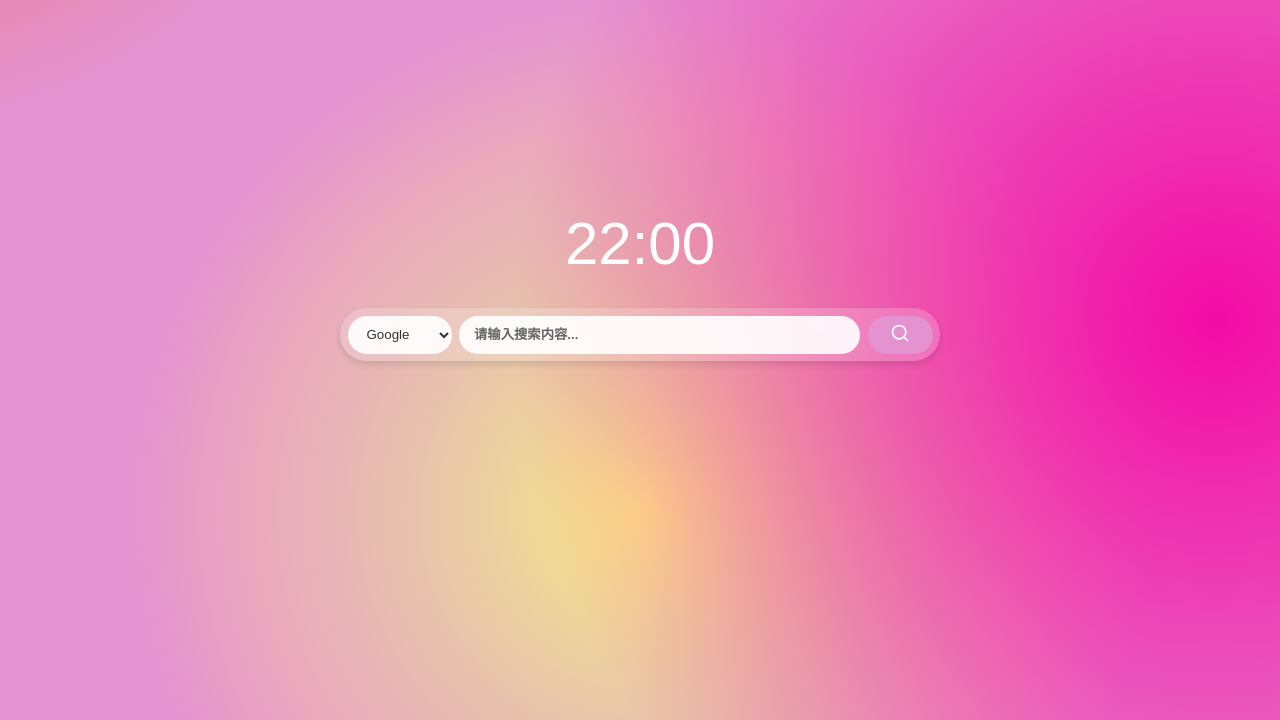
Repository: RADEKWRLD/NaviR
Page: index.html
An editor plug-in stored every save of this project. The page is shown before and after the next save, followed by the edit.
The browser window is 1280 px wide. The pictures show the whole page.

Above is the page before, as saved 2025-05-23 22:21:34.

### index.html
<!DOCTYPE html>
<html lang="en">
<head>
    <meta charset="UTF-8">
    <meta name="viewport" content="width=device-width, initial-scale=1.0">
    <title>Document</title>
    <link rel="stylesheet" href="style.css">
</head>
<body>
    <div id="main">
        <div id="clock"><span>00:00</span></div>

        <div class="search-container">
            <form id="search-form">
                <select id="search-engine" class="search-engine">
                </select>
                <input type="text" id="search-input" placeholder="请输入搜索内容...">
                <button type="submit" class="search-icon">
                    <svg xmlns="http://www.w3.org/2000/svg" width="20" height="20" viewBox="0 0 24 24" fill="none" stroke="currentColor" stroke-width="2" stroke-linecap="round" stroke-linejoin="round">
                        <circle cx="11" cy="11" r="8"></circle>
                        <line x1="21" y1="21" x2="16.65" y2="16.65"></line>
                    </svg>
                </button>
            </form>
        </div>
    </div>




    <script src="main/script.js"></script>
</body>
</html>

### style.css
:root {
    font-size: 15px;
}

body {
    font-family: 'Quicksand', sans-serif;
    margin: 0;
    min-height: 100vh;
    background-color: #e493d0;
    background-image:
        radial-gradient(closest-side, rgba(235, 105, 78, 1), rgba(235, 105, 78, 0)),
        radial-gradient(closest-side, rgba(243, 11, 164, 1), rgba(243, 11, 164, 0)),
        radial-gradient(closest-side, rgba(254, 234, 131, 1), rgba(254, 234, 131, 0)),
        radial-gradient(closest-side, rgba(170, 142, 245, 1), rgba(170, 142, 245, 0)),
        radial-gradient(closest-side, rgba(248, 192, 147, 1), rgba(248, 192, 147, 0));
    background-size:
        130vmax 130vmax,
        80vmax 80vmax,
        90vmax 90vmax,
        110vmax 110vmax,
        90vmax 90vmax;
    background-position:
        -80vmax -80vmax,
        60vmax -30vmax,
        10vmax 10vmax,
        -30vmax -10vmax,
        50vmax 50vmax;
    background-repeat: no-repeat;
    animation: 10s movement linear infinite;
}

@keyframes movement {
    0%, 100% {
        background-size:
            130vmax 130vmax,
            80vmax 80vmax,
            90vmax 90vmax,
            110vmax 110vmax,
            90vmax 90vmax;
        background-position:
            -80vmax -80vmax,
            60vmax -30vmax,
            10vmax 10vmax,
            -30vmax -10vmax,
            50vmax 50vmax;
    }
    25% {
        background-size:
            100vmax 100vmax,
            90vmax 90vmax,
            100vmax 100vmax,
            90vmax 90vmax,
            60vmax 60vmax;
        background-position:
            -60vmax -90vmax,
            50vmax -40vmax,
            0vmax -20vmax,
            -40vmax -20vmax,
            40vmax 60vmax;
    }
    50% {
        background-size:
            80vmax 80vmax,
            110vmax 110vmax,
            80vmax 80vmax,
            60vmax 60vmax,
            80vmax 80vmax;
        background-position:
            -50vmax -70vmax,
            40vmax -30vmax,
            10vmax 0vmax,
            20vmax 10vmax,
            30vmax 70vmax;
    }
    75% {
        background-size:
            90vmax 90vmax,
            90vmax 90vmax,
            100vmax 100vmax,
            90vmax 90vmax,
            70vmax 70vmax;
        background-position:
            -50vmax -40vmax,
            50vmax -30vmax,
            20vmax 0vmax,
            -10vmax 10vmax,
            40vmax 60vmax;
    }
}

#main{
    transition: all 0.3s ease;
    transform: translateY(-5rem);
    display: flex;
    flex-direction: column;
    align-items: center;
    justify-content: center;
    height: 100vh;
}

#clock{
    font-size: 4rem;
    color: #fff;
}

.search-container {
    margin-top: 2rem;
    width: 100%;
    max-width: 600px;
    padding: 0 1rem;
}

#search-form {
    display: flex;
    gap: 0.5rem;
    background: rgba(255, 255, 255, 0.2);
    padding: 0.5rem;
    border-radius: 50px;
    backdrop-filter: blur(10px);
    box-shadow: 0 4px 6px rgba(0, 0, 0, 0.1);
}

.search-engine {
    padding: 0.5rem 1rem;
    border: none;
    border-radius: 25px;
    background: rgba(255, 255, 255, 0.9);
    color: #333;
    font-family: 'Quicksand', sans-serif;
    cursor: pointer;
    outline: none;
}

#search-input {
    flex: 1;
    padding: 0.5rem 1rem;
    border: none;
    border-radius: 25px;
    background: rgba(255, 255, 255, 0.9);
    color: #333;
    font-family: 'Quicksand', sans-serif;
    outline: none;
}

#search-input::placeholder {
    color: #666;
    font-weight: bolder;
}

#search-form button {
    padding: 0.5rem 1.5rem;
    border: none;
    border-radius: 25px;
    background: #e493d0;
    color: white;
    font-family: 'Quicksand', sans-serif;
    cursor: pointer;
    transition: background-color 0.3s ease;
}

#search-form button:hover {
    background: #d17dbd;
}

### main/script.js
//更新时间
function updateTime() {
    const now = new Date();
    const hours = String(now.getHours()).padStart(2, '0');
    const minutes = String(now.getMinutes()).padStart(2, '0');
    const timeString = `${hours}:${minutes}`;
    document.getElementById('clock').textContent = timeString;
}

// 搜索引擎配置
const searchEngines = {
    google: {
        name: 'Google',
        url: 'https://www.google.com/search?q='
    },
    bing: {
        name: 'Bing',
        url: 'https://www.bing.com/search?q='
    },
    baidu: {
        name: '百度',
        url: 'https://www.baidu.com/s?wd='
    },
    bingcn: {
        name: '必应中国',
        url: 'https://cn.bing.com/search?q='
    },
    github: {
        name: 'GitHub',
        url: 'https://github.com/search?q='
    },
    zhihu: {
        name: '知乎',
        url: 'https://www.zhihu.com/search?q='
    }
};

// 初始化搜索功能
function initSearch() {
    const searchForm = document.getElementById('search-form');
    const searchInput = document.getElementById('search-input');
    const searchEngine = document.getElementById('search-engine');

    // 动态添加搜索引擎选项
    for (const [key, engine] of Object.entries(searchEngines)) {
        const option = document.createElement('option');
        option.value = key;
        option.textContent = engine.name;
        searchEngine.appendChild(option);
    }

    searchForm.addEventListener('submit', function(e) {
        e.preventDefault();
        const searchTerm = searchInput.value.trim();
        if (searchTerm) {
            const engine = searchEngine.value;
            const searchUrl = searchEngines[engine].url + encodeURIComponent(searchTerm);
            window.location.href = searchUrl;
        }
    });
}





function init() {
    updateTime();
    setInterval(updateTime, 1000);
    // 搜索框事件监听
    initSearch();
}
init();

After the next save:
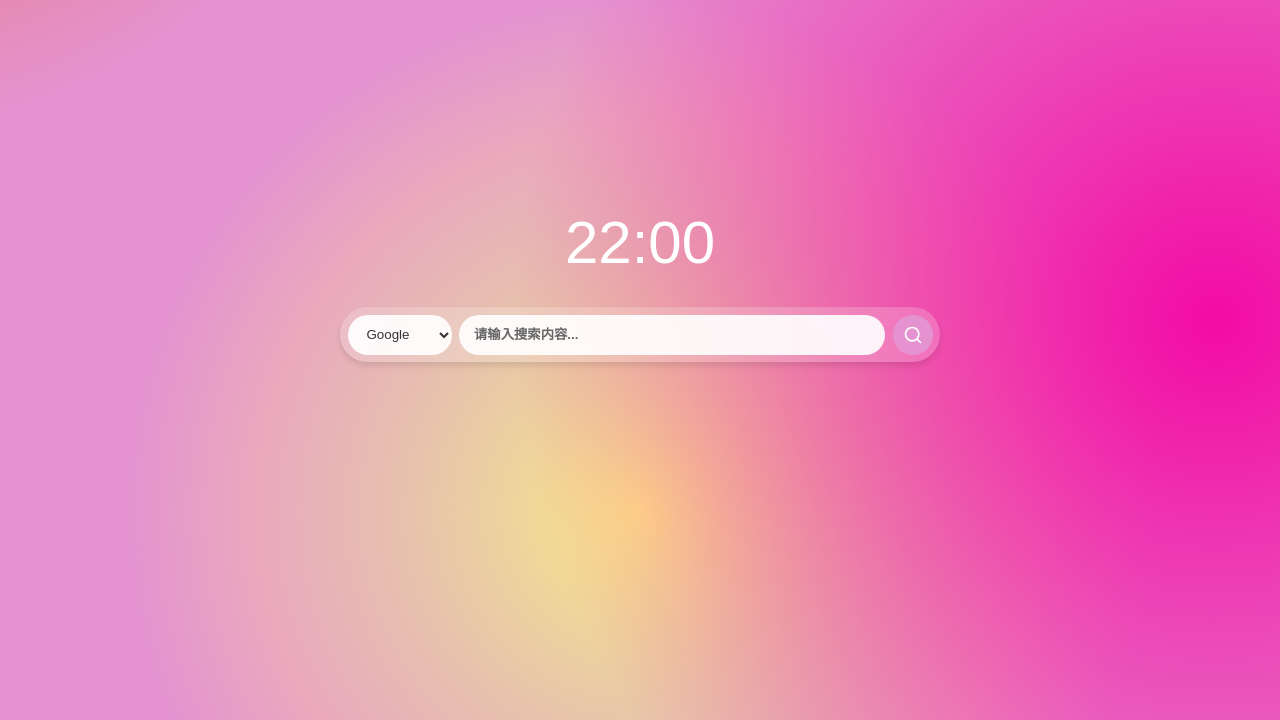
Saved 4 s later.
--- a/style.css
+++ b/style.css
@@ -148,16 +148,27 @@ body {
 }
 
 #search-form button {
-    padding: 0.5rem 1.5rem;
+    padding: 0.5rem;
     border: none;
-    border-radius: 25px;
+    border-radius: 50%;
     background: #e493d0;
     color: white;
     font-family: 'Quicksand', sans-serif;
     cursor: pointer;
-    transition: background-color 0.3s ease;
+    transition: all 0.3s ease;
+    display: flex;
+    align-items: center;
+    justify-content: center;
+    width: 40px;
+    height: 40px;
 }
 
 #search-form button:hover {
     background: #d17dbd;
+    transform: scale(1.05);
 }
+
+#search-form button svg {
+    width: 20px;
+    height: 20px;
+}
